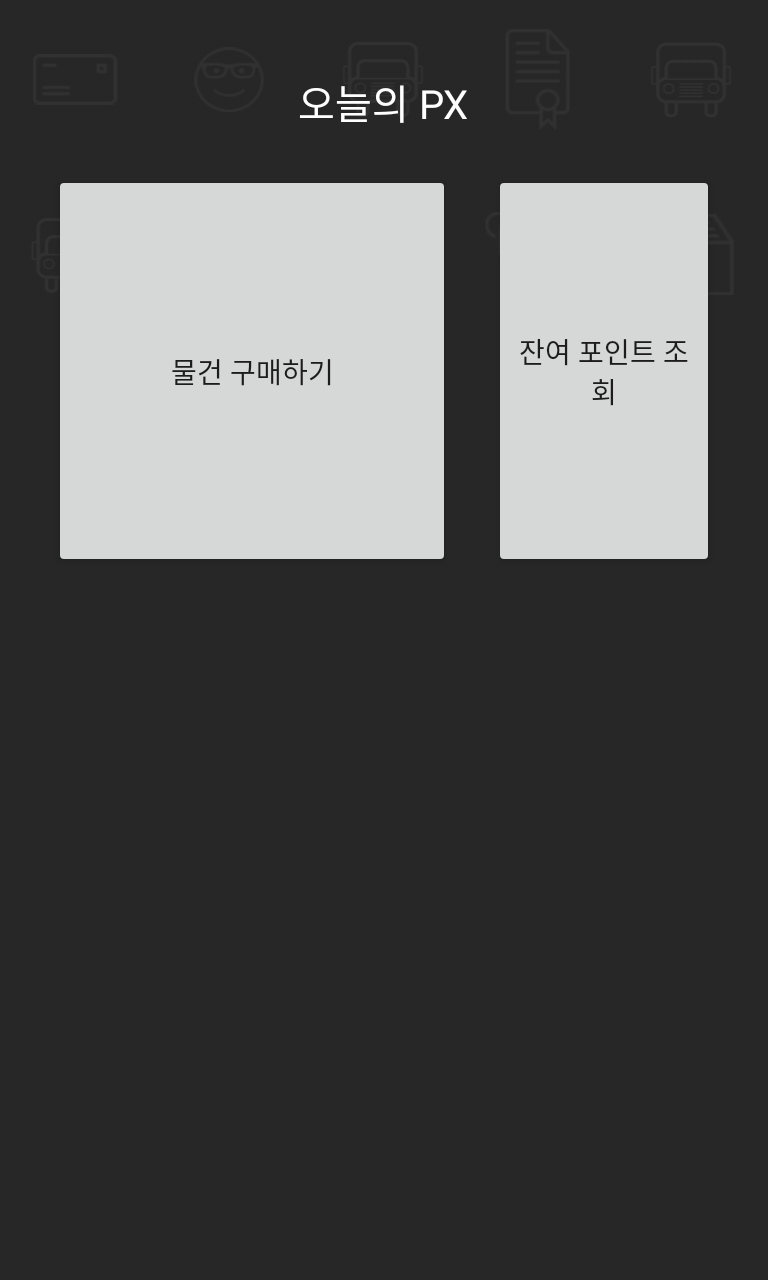
Repository: Jeonilju/rap
Layout: Demo/PxForRAP/res/layout/activity_main.xml
An editor plug-in stored every save of this project. The layout is shown before and after the next save, followed by the edit.
It is drawn on a 768 x 1280 px phone screen (xhdpi) without system bars, with theme AppTheme; the app's code is not run.

Above is the layout before, as saved 2015-07-22 21:20:01.

After the next save:
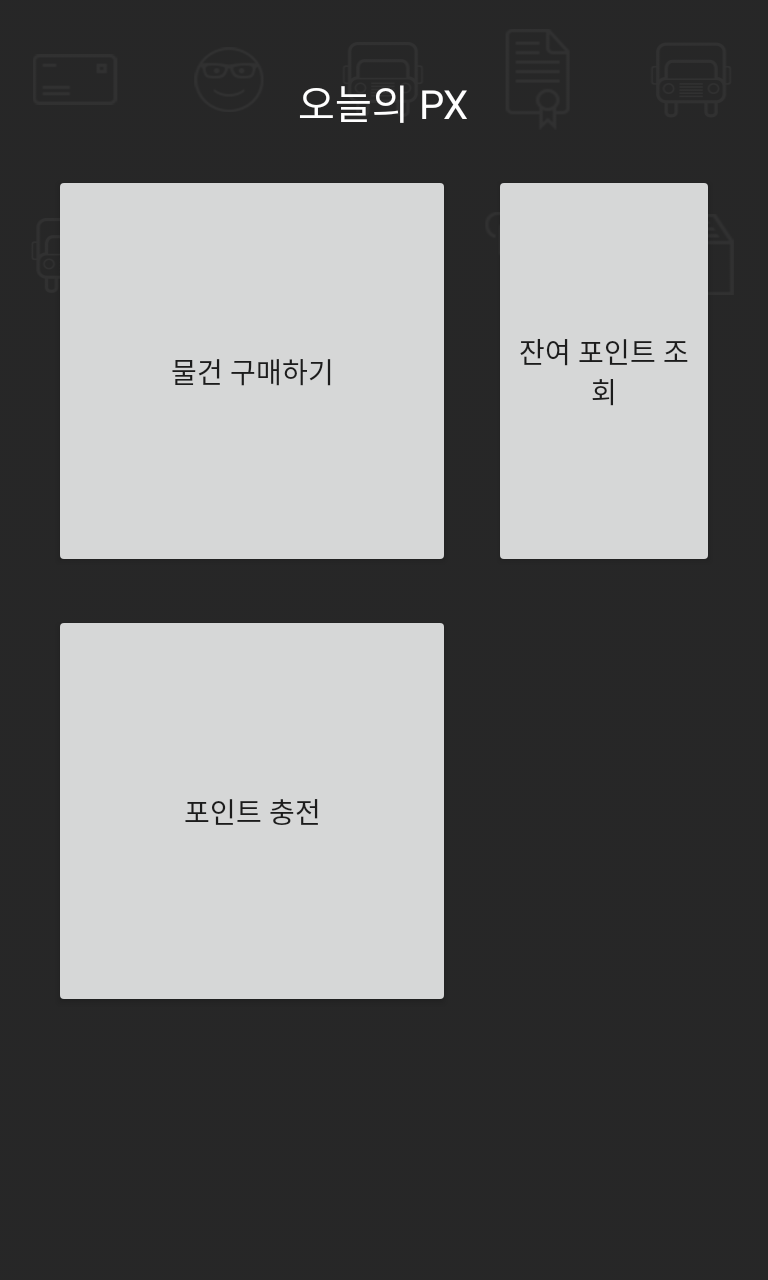
Saved 2 min 43 s later.
--- a/Demo/PxForRAP/res/layout/activity_main.xml
+++ b/Demo/PxForRAP/res/layout/activity_main.xml
@@ -37,5 +37,22 @@
         android:layout_toRightOf="@id/main_btn_buy"
         android:text="잔여 포인트 조회"/>
 
+    <Button
+        android:id="@+id/main_btn_charge"
+        android:layout_width="200dp"
+        android:layout_height="200dp"
+        android:layout_margin="10dp"
+        android:layout_below="@id/main_btn_buy"
+        android:text="포인트 충전"/>
+
+    <Button
+        android:id="@+id/main_btn_charge"
+        android:layout_width="200dp"
+        android:layout_height="200dp"
+        android:layout_margin="10dp"
+        android:layout_below="@id/main_btn_buy"
+        android:layout_toRightOf="@id/main_btn_charge"
+        android:text="포인트 충전"/>
+
 
 </RelativeLayout>
